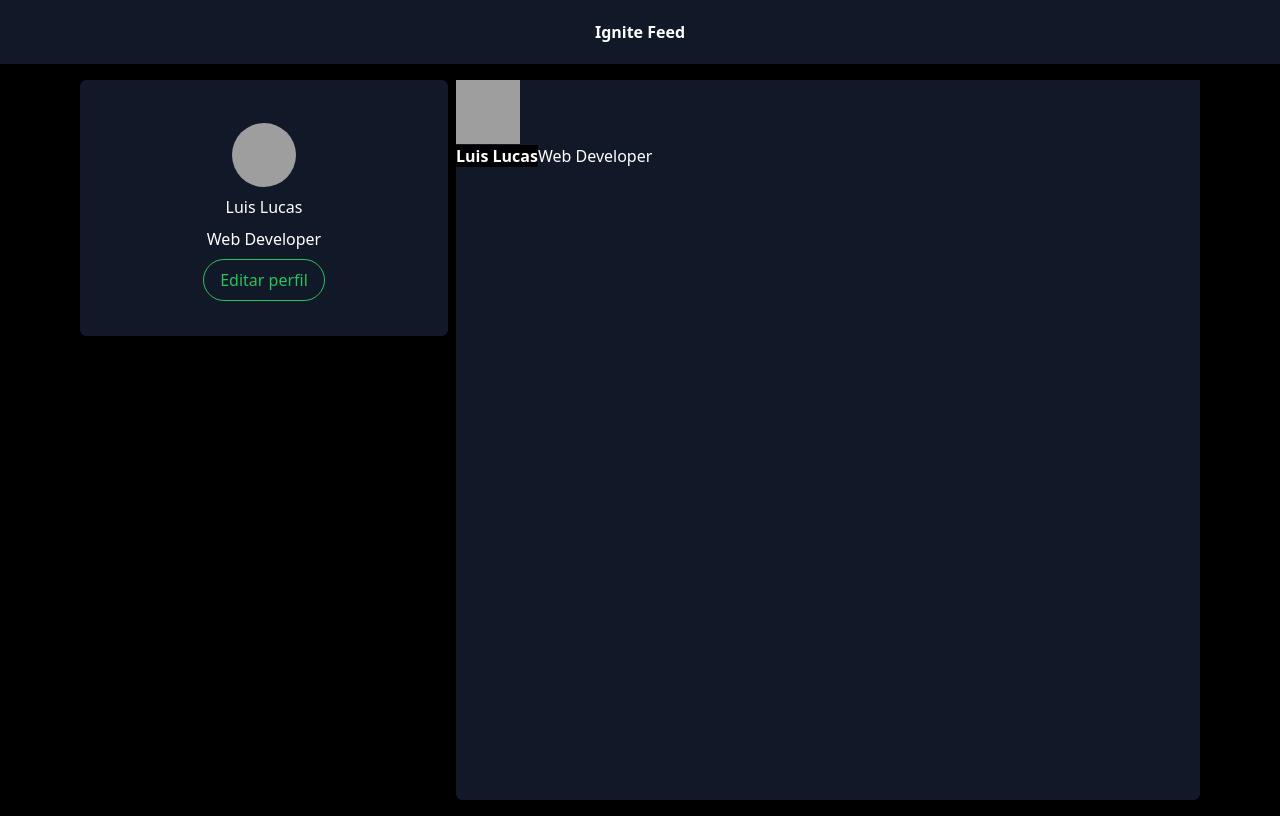
Repository: LuisSempre/ignite-feed
Page: /
These files come from the project's save history. The page is drawn as it stood at one moment and after the next save; the edit follows.
The browser window is 1280 px wide. The pictures show the whole page.
Pictures or frames that could not be fetched are drawn as grey boxes. The project was rebuilt for these pictures with package versions that can differ from the ones it lists, and the page was loaded fresh each time. Also part of the build but not shown: vite.config.js.

Above is the page before, as saved 2022-07-13 22:49:07.

After the next save:
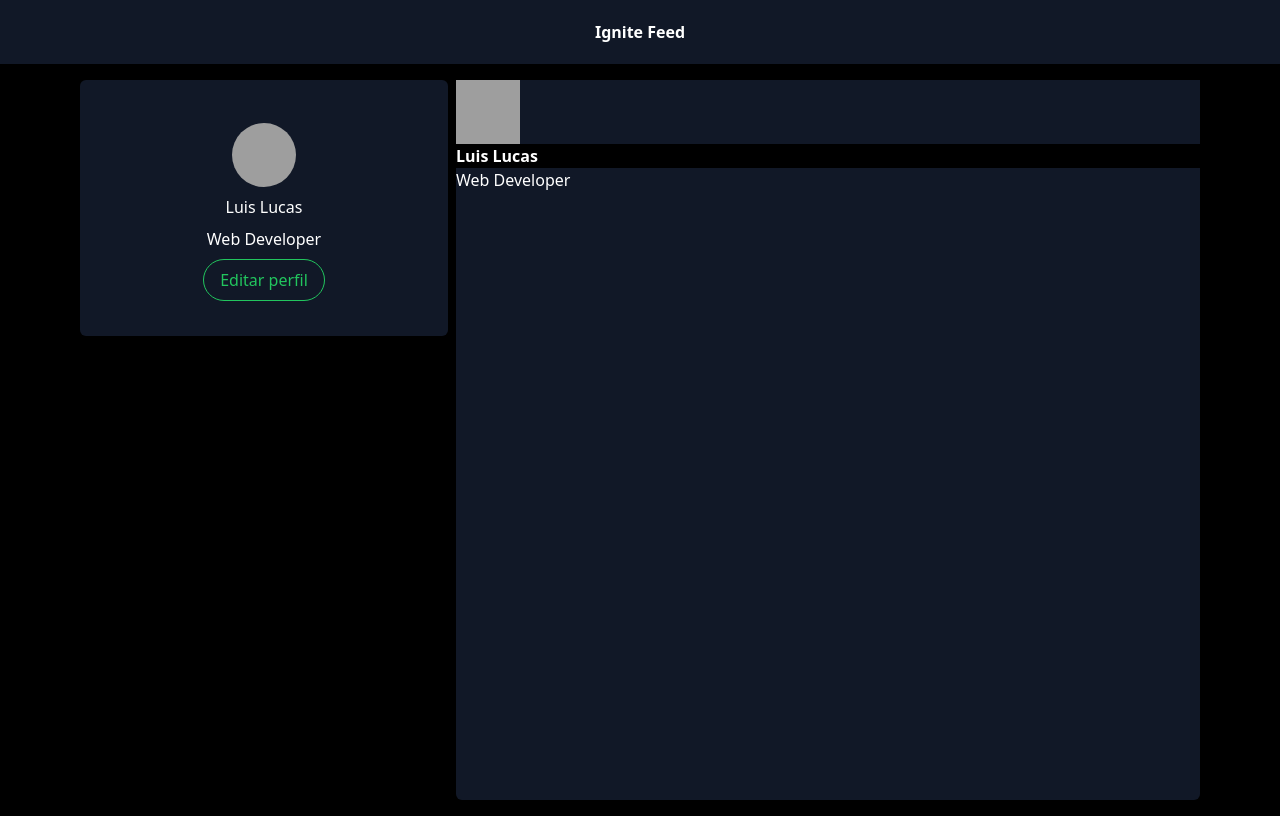
Saved 16 s later.
--- a/src/Components/Post.jsx
+++ b/src/Components/Post.jsx
@@ -2,7 +2,7 @@ export function Post() {
     return (
         <div className="bg-gray-900 rounded-md h-screen">
             <div>
-                <div className="bg-gray-900">
+                <div className="bg-gray-900 flex flex-col">
                 <img
                 className="h-16 w-16"
                 src="https://github.com/luissempre.png" alt="" />
